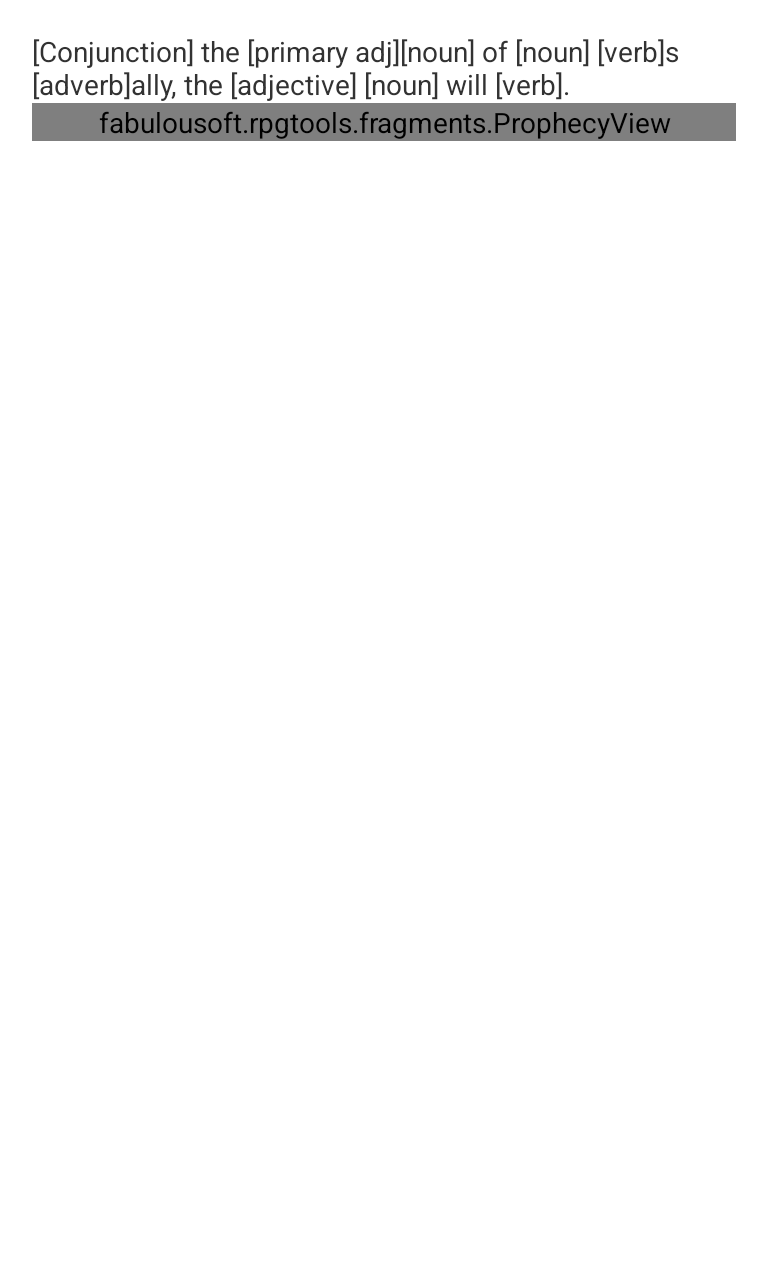
Repository: TheDizzler/TableTopTools
Layout: RPGTools/res/layout/activity_prophecy.xml
These files come from the project's save history. The layout is drawn as it stood at one moment and after a run of saves; the edit follows.
Pictures or frames that could not be fetched are drawn as grey boxes. It is drawn on a 768 x 1280 px phone screen (xhdpi) without system bars, with theme AppTheme; the app's code is not run.

Above is the layout before, as saved 2017-03-22 07:28:34.

### RPGTools/res/layout/activity_prophecy.xml
<LinearLayout xmlns:android="http://schemas.android.com/apk/res/android"
    xmlns:tools="http://schemas.android.com/tools"
    android:layout_width="match_parent"
    android:layout_height="match_parent"
    android:baselineAligned="false"
    android:orientation="vertical"
    android:paddingBottom="@dimen/activity_vertical_margin"
    android:paddingLeft="@dimen/activity_horizontal_margin"
    android:paddingRight="@dimen/activity_horizontal_margin"
    android:paddingTop="@dimen/activity_vertical_margin"
    tools:context="fabulousoft.rpgtools.ProphecyActivity" >

    <TextView
        android:id="@+id/textview_prophetic"
        android:layout_width="wrap_content"
        android:layout_height="wrap_content"
        android:text="[Conjunction] the [primary adj][noun] of [noun] [verb]s [adverb]ally, the [adjective] [noun] will [verb]." />

    <FrameLayout
        android:layout_width="match_parent"
        android:layout_height="match_parent" >

        <fabulousoft.rpgtools.fragments.ProphecyView
            android:id="@+id/prophecyView"
            android:layout_width="match_parent"
            android:layout_height="wrap_content" />
    </FrameLayout>

    <Button
        android:id="@+id/btn_Generate"
        android:layout_width="wrap_content"
        android:layout_height="wrap_content"
        android:layout_marginBottom="14dp"
        android:onClick="generateProphecy"
        android:text="Prophesize" />

    <TabHost
        android:id="@+id/tabhost"
        android:layout_width="match_parent"
        android:layout_height="wrap_content" >

        <LinearLayout
            android:layout_width="match_parent"
            android:layout_height="match_parent"
            android:orientation="vertical" >

            <TabWidget
                android:id="@android:id/tabs"
                android:layout_width="match_parent"
                android:layout_height="wrap_content"
                android:background="#C00000" >
            </TabWidget>

            <FrameLayout
                android:id="@android:id/tabcontent"
                android:layout_width="match_parent"
                android:layout_height="match_parent" >

                <LinearLayout
                    android:id="@+id/tab1"
                    android:layout_width="match_parent"
                    android:layout_height="match_parent"
                    android:orientation="vertical" >

                    <fragment
                        android:id="@+id/cause_control_fragment"
                        android:name="fabulousoft.rpgtools.fragments.CauseControlFragment"
                        android:layout_width="match_parent"
                        android:layout_height="wrap_content" />
                </LinearLayout>

                <LinearLayout
                    android:id="@+id/tab2"
                    android:layout_width="match_parent"
                    android:layout_height="match_parent"
                    android:orientation="vertical" >

                    <fragment
                        android:id="@+id/result_control_fragment"
                        android:name="fabulousoft.rpgtools.fragments.ResultControlFragment"
                        android:layout_width="match_parent"
                        android:layout_height="wrap_content" />
                </LinearLayout>
            </FrameLayout>
        </LinearLayout>
    </TabHost>

</LinearLayout>

Loaded but not shown: RPGTools/res/values/styles.xml (common file); RPGTools/res/values-v11/styles.xml (common file); RPGTools/res/values-v14/styles.xml (common file); RPGTools/res/values/dimens.xml (common file); RPGTools/res/values-w820dp/dimens.xml (common file)

After the next 2 saves:
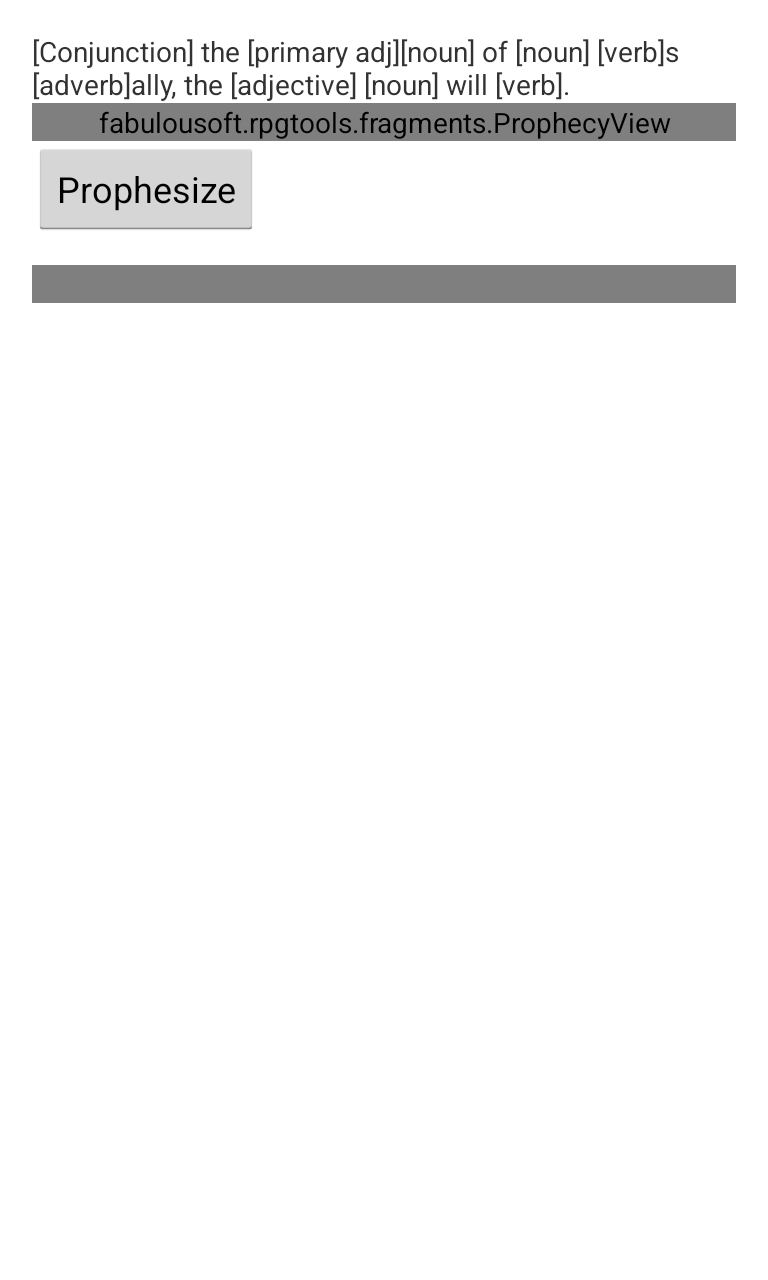
The 2 saves are shown as one change because they came seconds apart.
The last was saved 74 s later.
--- a/RPGTools/res/layout/activity_prophecy.xml
+++ b/RPGTools/res/layout/activity_prophecy.xml
@@ -18,12 +18,12 @@
 
     <FrameLayout
         android:layout_width="match_parent"
-        android:layout_height="match_parent" >
+        android:layout_height="wrap_content" >
 
         <fabulousoft.rpgtools.fragments.ProphecyView
             android:id="@+id/prophecyView"
             android:layout_width="match_parent"
-            android:layout_height="wrap_content" />
+            android:layout_height="match_parent" />
     </FrameLayout>
 
     <Button
